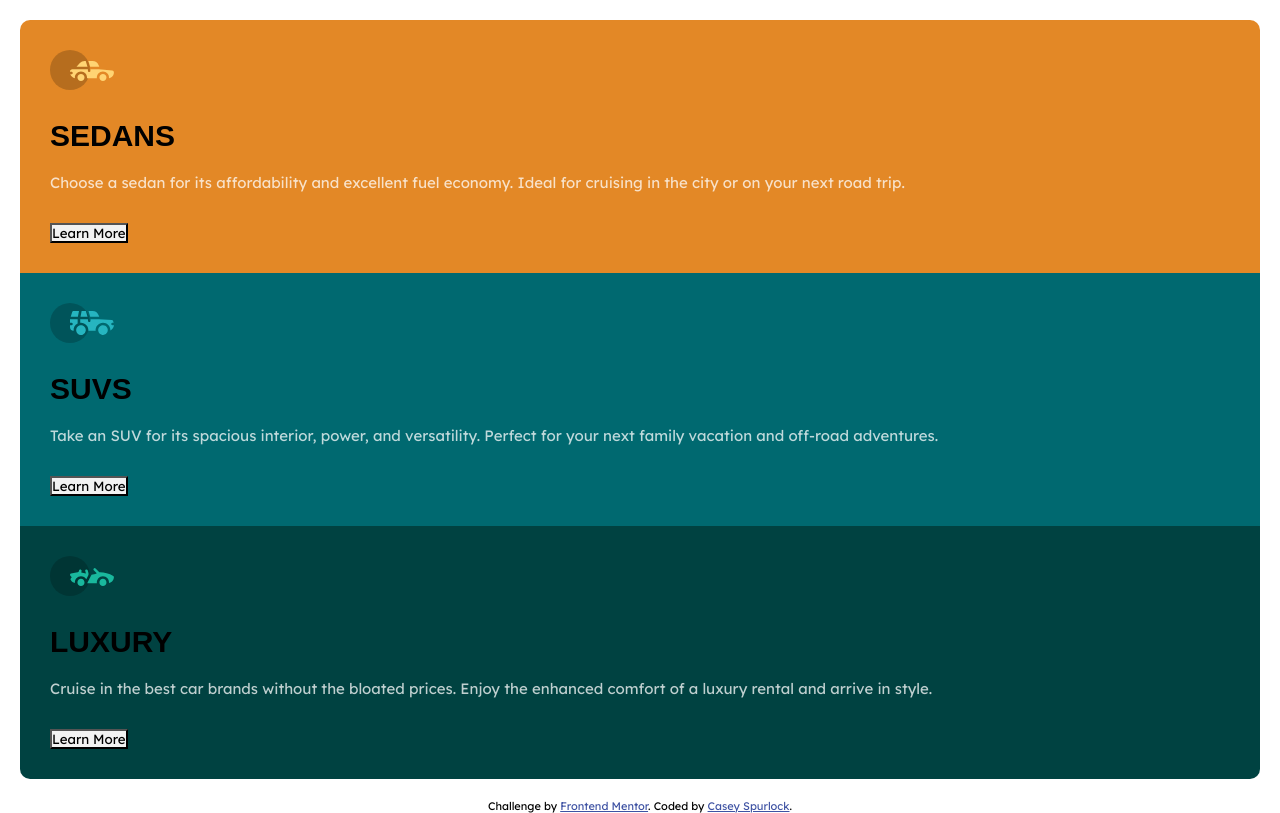
Repository: CaseySpurlock/3-column-preview-card-component-main
Page: index.html
An editor plug-in stored every save of this project. The page is shown before and after the next save, followed by the edit.
The browser window is 1280 px wide. The pictures show the whole page.

Above is the page before, as saved 2021-06-23 10:37:34.

### index.html
<!DOCTYPE html>
<html lang="en">
<head>
  <meta charset="UTF-8">
  <meta name="viewport" content="width=device-width, initial-scale=1.0"> <!-- displays site properly based on user's device -->

  <link rel="icon" type="image/png" sizes="32x32" href="./images/favicon-32x32.png">

  <title>Frontend Mentor | 3-column preview card component</title>

  <!-- Stylesheets -->
  <link rel="stylesheet" href="style.css">
  <link rel="preconnect" href="https://fonts.googleapis.com">
  <link rel="preconnect" href="https://fonts.gstatic.com" crossorigin>
  <link href="https://fonts.googleapis.com/css2?family=Big+Shoulders+Display:wght@700&family=Lexend+Deca&display=swap" rel="stylesheet">
</head>


<body>
  <div class="container">
    <div class="card bright-orange">
      <img src="./images/icon-sedans.svg" alt="sedan img">
      <h3>Sedans</h3>
      <p>Choose a sedan for its affordability and excellent fuel economy. Ideal for cruising in the city
        or on your next road trip.</p>
        <button class="btn">Learn More</button>
    </div>

    <div class="card dark-cyan">
      <img src="./images/icon-suvs.svg" alt="suv img">
      <h3>SUVs</h3>
      <p>Take an SUV for its spacious interior, power, and versatility. Perfect for your next family vacation
        and off-road adventures.</p>
        <button class="btn">Learn More</button>
    </div>

    <div class="card very-dark-cyan">
      <img src="./images/icon-luxury.svg" alt="luxury img">
      <h3>Luxury</h3>
      <p>Cruise in the best car brands without the bloated prices. Enjoy the enhanced comfort of a luxury
      rental and arrive in style.</p>
      <button class="btn">Learn More</button>
    </div>
  </div>

  <footer>
    <div class="attribution">
      Challenge by <a href="https://www.frontendmentor.io?ref=challenge" target="_blank">Frontend Mentor</a>.
      Coded by <a href="https://csgc86.myportfolio.com/" target="_blank">Casey Spurlock</a>.
    </div>
  </footer>
</body>
</html>

### style.css
* {
    margin: 0;
    padding: 0;
    box-sizing: border-box;
}

body, button {
    font-family: "Lexend deca", sans-serif;
}

h3 {
    font-family: "Big Shoilders Display", sans-serif;
    text-transform: uppercase;
    font-size: 30px;
}

p {
    color: hsla(0, 0%, 100%, 0.75);
    font-size: 15px;
}

.bright-orange {
    background-color: hsl(31, 77%, 52%);
    border-radius: 10px 10px 0 0;
}

.dark-cyan {
    background-color: hsl(184, 100%, 22%);
}

.very-dark-cyan {
    background-color: hsl(179, 100%, 13%);
    border-radius: 0 0 10px 10px;
}

.container {
    padding: 20px;
}

.card {
    padding: 30px;

}

.card img {
    margin-bottom: 25px;
}

.card h3 {
    margin-bottom: 20px;
}

.card p {
    margin-bottom: 30px;
}

.btn {
    background-color: hsl(0, 0%, 95%);
}


.attribution {
    font-size: 11px;
    text-align: center;
}

.attribution a {
    color: hsl(228, 45%, 44%);
}

After the next save:
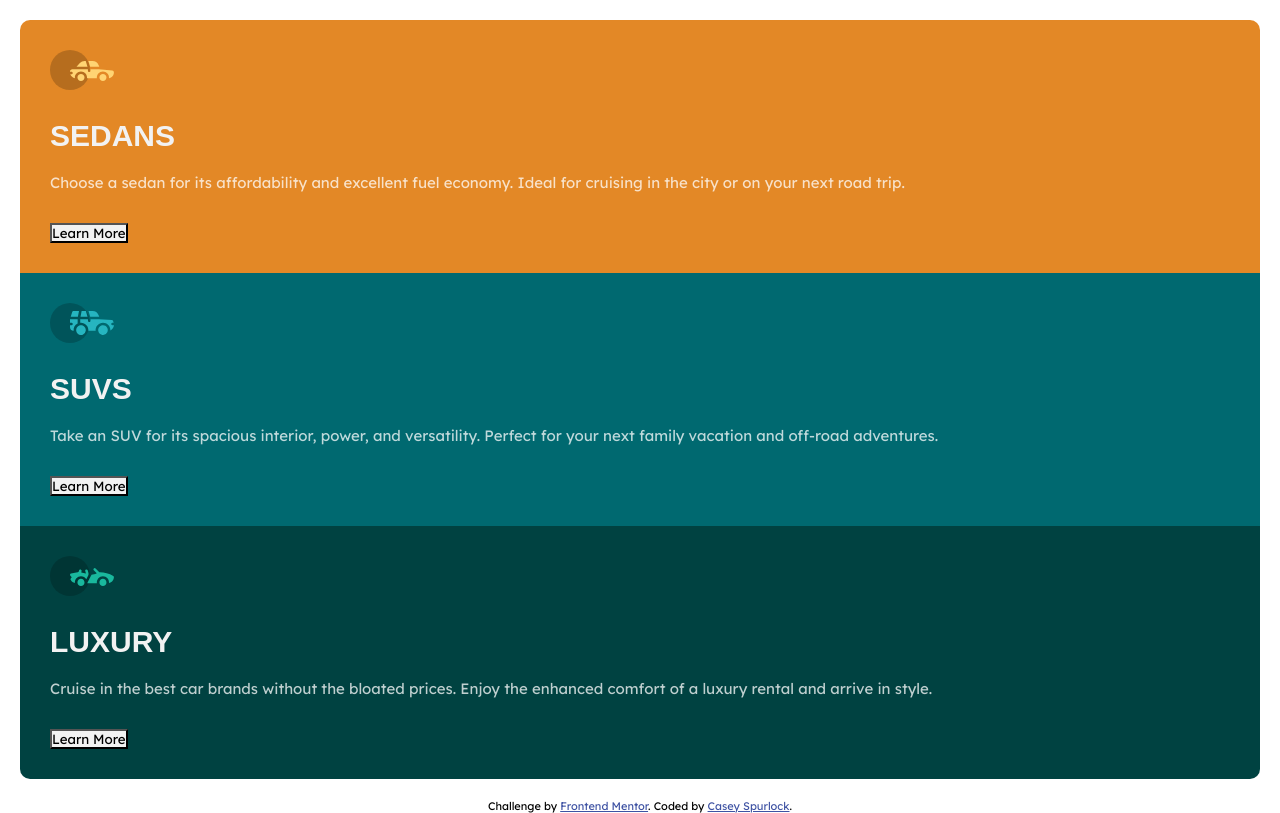
Saved 61 s later.
--- a/style.css
+++ b/style.css
@@ -47,6 +47,7 @@
 }
 
 .card h3 {
+    color: hsl(0, 0%, 95%);
     margin-bottom: 20px;
 }
 
